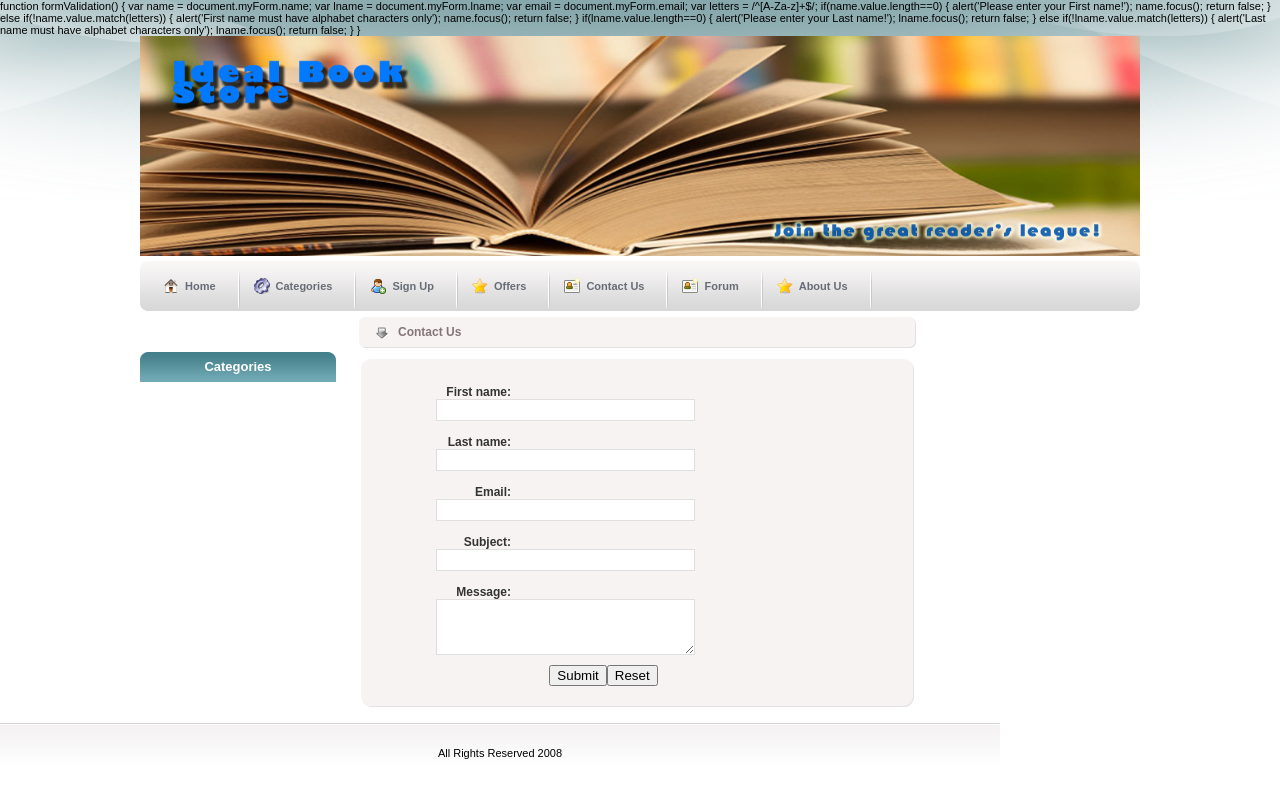
Repository: tusharjain887/Online-Book-Sales
Page: http://localhost/OnlineBook/contact.jsp
An editor plug-in stored every save of this project. The page is shown before and after the next save, followed by the edit.
The browser window is 1280 px wide. The pictures show the whole page.
The page is served by Tomcat 9. Queries for data that is not in the repository find no rows.

Above is the page before, as saved 2013-04-09 14:15:23.

### PROJECT/workspace/workspace/OnlineBook/WebContent/contact.jsp
<%@ page import="java.sql.*"%>
<%@ page import="java.io.*"%>
<%@ page import="java.util.*"%>
<%@ page import="java.lang.*"%>
<!DOCTYPE html PUBLIC "-//W3C//DTD XHTML 1.0 Transitional//EN" "http://www.w3.org/TR/xhtml1/DTD/xhtml1-transitional.dtd">
<html xmlns="http://www.w3.org/1999/xhtml">
<head>
<title>Contact Us</title>
<meta http-equiv="Content-Type" content="text/html; charset=windows-1252" />
<link rel="stylesheet" type="text/css" href="style.css" />
<!--[if IE 6]>
<link rel="stylesheet" type="text/css" href="iecss.css" />
<![endif]-->
<script type="text/javascript" src="js/boxOver.js"></script>


function formValidation()
{
var name = document.myForm.name;
var lname = document.myForm.lname;
var email = document.myForm.email;

var letters = /^[A-Za-z]+$/;

if(name.value.length==0)
{
	alert('Please enter your First name!');
	name.focus();
	return false;
}
else if(!name.value.match(letters))
{
	alert('First name must have alphabet characters only');
	name.focus();
	return false;
}

if(lname.value.length==0)
{
	alert('Please enter your Last name!');
	lname.focus();
	return false;
}
else if(!lname.value.match(letters))
{
	alert('Last name must have alphabet characters only');
	lname.focus();
	return false;
}


}
</script>

</head>
<body>
<div id="main_container">

  <div id="header">
  <div class="logout">
 <%  Object c=session.getAttribute("username");
if(c!=null)
	{
	out.print("Welcome  " +session.getAttribute("username").toString());
	%>
	&nbsp<a href='myprofile.jsp'>Profile</a>
	&nbsp<a href='logout.jsp'>Logout</a>
	<%
	}
	%>
	</div>

  </div>

  <div id="main_content">
    <div id="menu_tab">
      <div class="left_menu_corner"></div>
      <ul class="menu">
        <li><a href="index.jsp" class="nav1"> Home</a></li>
        <li class="divider"></li>
        <li><a href="categories.jsp" class="nav2">Categories</a></li>
        <li class="divider"></li>
        <%
        if(c==null)
        {
        %><li><a href="registration.jsp" class="nav4">Sign Up</a></li>
        <li class="divider"></li>
        <%
        }
        %>
        <li><a href="news.jsp" class="nav3">Offers</a></li>
        <li class="divider"></li>
        <li><a href="contact.jsp" class="nav6">Contact Us</a></li>
        <li class="divider"></li>
        <li><a href="forum.jsp" class="nav6">Forum</a></li>
        <li class="divider"></li>
        <li><a href="aboutus.jsp" class="nav3">About Us</a></li>
        <li class="divider"></li>

      </ul>
      <div class="right_menu_corner"></div>
    </div>

    <div class="left_content">
     <br><br><br>
      <div class="title_box">Categories</div>
      <ul class="left_menu">
      <%
      try{
    	  Class.forName("com.ibm.db2.jcc.DB2Driver").newInstance();
	Connection Conn8=DriverManager.getConnection("jdbc:db2://localhost:50000/BOOKS","Rakesh","Rakesh");
	PreparedStatement ps8=Conn8.prepareStatement("SELECT CAT_ID,CAT_NAME FROM CATEGORY");
	ResultSet rs8=ps8.executeQuery();
	while(rs8.next())
    {
		String name=rs8.getString(2);
 	%>
        <li class="even"><%out.println("<a href='viewcategory.jsp?cat_id="+rs8.getString(1)+"'>"+name+"</a>");%></li>
        <%
        }
        %>
      </ul>
      <%
      PreparedStatement ps9=Conn8.prepareStatement("SELECT IMAGEURL FROM ADVERTISEMENT ORDER BY AD_ID DESC LIMIT 0,3");
	ResultSet rs9=ps9.executeQuery();
	while(rs9.next())
    {
		%>
      <div class="banner_adds"><br><br><br> <%out.println("<img src='C:/Uploaded Images/"+rs9.getString(1)+"'></img>");%> </div>
      <%
      }
	ps8.close();
	ps9.close();
	Conn8.close();
      }
      catch(Exception ex){
  	    out.println(ex);
  	}
      %>
    </div>
      </div>


    <!-- end of left content -->
    <div class="center_content">
      <div class="center_title_bar">Contact Us</div>
      <div class="prod_box_big">
        <div class="top_prod_box_big"></div>
        <div class="center_prod_box_big">
          <div class="contact_form">
          <form name="myForm" action="contactus.jsp" method="post">
            <div class="form_row">
              <label class="contact"><strong>First name:</strong></label>
              <input type="text" name="name" class="contact_input" />
            </div>
            <div class="form_row">
              <label class="contact"><strong>Last name:</strong></label>
              <input type="text" name="lname" class="contact_input" />
            </div>
            <div class="form_row">
              <label class="contact"><strong>Email:</strong></label>
              <input type="text" name="email" class="contact_input" />
            </div>
            <div class="form_row">
              <label class="contact"><strong>Subject:</strong></label>
              <input type="text" name="subject" class="contact_input" />
            </div>
            <div class="form_row">
              <label class="contact"><strong>Message:</strong></label>
              <textarea name="message" class="contact_textarea" ></textarea>
            </div>
            <div class="form_row"> <input type="submit" value="Submit"><input type="reset" value="Reset" /></div>
            </form>
          </div>
        </div>
        <div class="bottom_prod_box_big"></div>
      </div>
    </div>
    <!-- end of center content -->
    <div class="right_content">
     <br><br>
     <%
    if(c!=null)
    {
    	%>
    	<div class="shopping_cart">
        <div class="cart_title">Shopping cart</div>
        <%
        try{
        	Class.forName("com.ibm.db2.jcc.DB2Driver").newInstance();
            Connection Conn1=DriverManager.getConnection("jdbc:db2://localhost:50000/BOOKS","Rakesh","Rakesh");
            Connection Conn2=DriverManager.getConnection("jdbc:db2://localhost:50000/BOOKS","Rakesh","Rakesh");
        PreparedStatement ps1=Conn1.prepareStatement("SELECT sum(s.quantity)FROM TEMP s");
        PreparedStatement ps2=Conn2.prepareStatement("SELECT sum(s.quantity * s.cost)FROM TEMP s");
        ResultSet rs1=ps1.executeQuery();
        ResultSet rs2=ps2.executeQuery();
        while(rs1.next())
        {
        	String value=rs1.getString(1);
        	if(value==null)
        	{value="0";}
    		%>
        <div class="cart_details"><%out.println(value);%> items <br />
      <%
    }
        while(rs2.next())
        {
    		String value=rs2.getString(1);
        	if(value==null)
        	{value="0";}
    		%>
          <span class="border_cart"></span> Total: <span class="price"><%out.println(value);%></span> </div>
      <%
    }
	ps1.close();
	Conn1.close();
	ps2.close();
	Conn2.close();
	}
	catch(Exception ex){
	    out.println(ex);
	}

      %>



        <div class="cart_icon"><a href="view_cart.jsp" title="header=[Checkout] body=[&nbsp;] fade=[on]"><img src="images/shoppingcart.png" alt="" width="48" height="48" border="0" /></a></div>
        </div>
     <%
     }
     %>
     <br><br>
     <center>

        <%
        Connection Conn10=DriverManager.getConnection("jdbc:db2://localhost:50000/BOOKS","Rakesh","Rakesh");
      PreparedStatement ps10=Conn10.prepareStatement("SELECT IMAGEURL FROM ADVERTISEMENT ORDER BY AD_ID DESC LIMIT 3,6");
	ResultSet rs10=ps10.executeQuery();
	while(rs10.next())
    {
		%>
      <div class="banner_adds"><br><br><br> <%out.println("<img src='C:/Uploaded Images/"+rs10.getString(1)+"'></img>");%> </div>
      <%
      }
	ps10.close();
	Conn10.close();
      %>
    </div>
    <!-- end of right content -->
  </div>
  <!-- end of main content -->
  <div class="footer">
    <br><br>
    <center> All Rights Reserved 2008</center>
      </div>

<!-- end of main_container -->
</body>
</html>

### PROJECT/workspace/workspace/OnlineBook/WebContent/style.css
body
{
background:url(images/bg.jpg) no-repeat #fff center top;
padding:0;
font-family:Arial, Helvetica, sans-serif;
font-size:11px;
margin:0px auto auto auto;
color:#000;
}
p{
padding:2px;
margin:0px;
}
#main_container{
width:1000px;
height:auto;
margin:auto;
padding:0px;
}
.top_bar{
width:1000px;
height:38px;
background-color:#4a4a4a;
}
.top_search{
width:370px;
height:32px;
margin:0px 20px 0 0;
_margin:0px 10px 0 0;
float:right;
background:url(images/top_search_bg.gif) no-repeat center;
}
input.search_input{
width:182px;
height:18px;
float:left;
margin:5px 0 0 0 ;
border:1px solid #dbdbdb;
border-bottom-color:#ffffff;
border-right-color:#ffffff;
}
.search_text{
float:left;
width:110px;
padding:8px 0 0 15px;
color:#999999;
}
.search_text a{
text-decoration:none;
color:#999999;
}
.search_bt{
float:left;
padding:2px 0 0 15px;
}
.languages{
float:right;
width:150px;
padding:8px 0 0 0;
}
.lang_text{
float:left;
padding:0 5px 0 0;
color:#b3adad;
}
a.lang{
display:block;
float:left;
padding:0 5px 0 5px;
}
#header{
width:1000px;
height:220px;
background:url(images/book4.jpg) no-repeat center;
background-position:0px 0px;
background-size:1000px 220px;
margin=0;
}
.logout{
	float:right;
	font-size:14px;
	color: green;
	font-weight: bold;
}
.logout a,.logout a:hover {
	color: B13052;
}

}
#logo{
padding:15px;
}
#templatemo_header {
	clear: both;
	width: 1000px;
	height: 200px;
	padding: 0;
	margin: 0;
	background: url(images/templatemo_header_bg.jpg) no-repeat;
}

#templatemo_header a,a:hover {
	color: #000;
}

#templatemo_header #templatemo_special_offers {
	float: left;
	font-size: 14px;
	margin-top: 95px;
	margin-left: 490px;
	width: 180px;
}

#templatemo_special_offers a {
	font-size: 12px;
}

#templatemo_special_offers  p {
	margin: 0 0 20px 0;
}
#templatemo_special_offers p span {
	font-size: 18px;
}

#templatemo_header #templatemo_new_books {
	float: left;
	margin-top: 90px;
	margin-left: 55px;
	width: 180px;
}

#templatemo_new_books ul {
	 margin: 0 0 10px 0;
	 padding: 0 0 0 20px;
}

#templatemo_new_books li {
	 margin: 0;
	 padding: 0;
}

/*------------------------------oferte_content-----------------------*/
.oferte_content{
width:600px;
height:264px;
float:left;
padding:0 0 0 50px;
}
.top_divider{
float:left;
width:1px;
height:164px;
}
.oferta{
width:538px;
float:left;
padding:15px 30px 0 30px;
}
.oferta_img{
float:left;
padding:0 0 10px 0;
}
.oferta_title{
font-size:15px;
color:#b72c24;
font-weight:bold;
}
.oferta_details{
width:400px;
float:left;
padding:0 0 0 30px;
}
.oferta_text{
padding:5px 0 5px 0;
font-size:12px;
color:#FFFFFF;
text-align:justify;
line-height:15px;
}
a.details{
width:83px;
height:21px;
display:block;
float:right;
margin:5px 0 0 0;
padding-left:5px;
background:url(images/details_bt_bg.gif) no-repeat center;
text-align:center;
line-height:21px;
text-decoration:none;
color:#000000;
}
/*---------------------oferta_pagination-----------------------------*/

div.oferta_pagination {
clear:both;
padding:10px 0 0 0;
_padding:0px 0 0 0;
margin:5px;
text-align:center;
float:left;
font-size:10px;
}

div.oferta_pagination a {
width:22px;
height:22px;
display:block;
float:left;
margin:0 0 0 5px;
_margin:0 0 0 3px;
line-height:23px;
text-align:center;
background:url(images/pag_bg.gif) no-repeat center;
text-decoration:none;
color:#9d8b8b;
}
div.oferta_pagination a:hover, div.pagination a:active {
width:22px;
height:22px;
display:block;
float:left;
line-height:23px;
text-align:center;
background:url(images/pag_bg_a.gif) no-repeat center;
text-decoration:none;
color:#ad1614;
}
div.oferta_pagination span.current {
width:22px;
height:22px;
display:block;
float:left;
line-height:23px;
text-align:center;
background:url(images/pag_bg_a.gif) no-repeat center;
text-decoration:none;
color:#ad1614;
}
#main_content{
clear:both;
}
/*---------------- menu tab----------------------*/
#menu_tab{
width:1000px;
height:50px;
background-color:#fff;
margin-top:5px;
}
.left_menu_corner{
width:9px;
height:50px;
float:left;
background:url(images/menu_left.gif) no-repeat center;
}
.right_menu_corner{
width:9px;
height:50px;
float:left;
background:url(images/menu_right.gif) no-repeat center;
}
ul.menu {
list-style-type:none; float:left; display:block; width:982px;
margin:0px; padding:0px;background:url(images/menu_bg.gif) repeat-x;}

ul.menu li {
display:inline;
font-size:11px;
font-weight:bold;
line-height:50px;
}
ul.menu li.divider {
display:inline;
width:2px;
height:50px;
float:left;
background:url(images/menu_divider.gif) no-repeat center;
}

a.nav1:link, a.nav1:visited {
display:block; float:left; padding:0px 8px 0px 22px; margin:0 14px 0 14px;height:50px;text-decoration:none; background:url(images/home.png) no-repeat left; color:#676d77;}
a.nav2:link, a.nav2:visited {
display:block; float:left; padding:0px 8px 0px 22px; margin:0 14px 0 14px;height:50px;text-decoration:none; background:url(images/services.png) no-repeat left; color:#676d77;}
a.nav3:link, a.nav3:visited {
display:block; float:left; padding:0px 8px 0px 22px; margin:0 14px 0 14px;height:50px;text-decoration:none; background:url(images/favs.png) no-repeat left; color:#676d77;}
a.nav4:link, a.nav4:visited {
display:block; float:left; padding:0px 8px 0px 22px; margin:0 14px 0 14px;height:50px;text-decoration:none; background:url(images/user_add.png) no-repeat left; color:#676d77;}
a.nav5:link, a.nav5:visited {
display:block; float:left; padding:0px 8px 0px 22px; margin:0 14px 0 14px;height:50px;text-decoration:none; background:url(images/car.png) no-repeat left; color:#676d77;}
a.nav6:link, a.nav6:visited {
display:block; float:left; padding:0px 8px 0px 22px; margin:0 14px 0 14px;height:50px;text-decoration:none; background:url(images/contact-new.png) no-repeat left; color:#676d77;}

a.nav1:hover, a.nav2:hover, a.nav3:hover, a.nav4:hover, a.nav5:hover, a.nav6:hover {
color:#333333;}


li.currencies{
width:180px;
float:left;
padding:0 0 0 15px;
_padding:12px 0 0 15px;
color:#676d77;
font-size:11px;
font-weight:bold;
}
/*----------------crumb_navigation-------------*/
.crumb_navigation{
width:980px;
height:15px;
padding:5px 10px 0 20px;
color:#333333;
background:url(images/navbullet.png) no-repeat left;
background-position:5px 6px;
}
.crumb_navigation a{
color:#0fa0dd;
text-decoration:underline;
}
span.current{
color:#0fa0dd;
}

/*-------------left_content------------------*/
.left_content{
width:196px;
float:left;
}
.title_box{
width:196px;
height:30px;
margin:5px 0 0 0;
background:url(images/menu_title_bg.gif) no-repeat center;
text-align:center;
font-size:13px;
font-weight:bold;
color:#fff;
line-height:30px;
}
/*--------left menu---------*/
ul.left_menu{
width:196px;
padding:0px;
margin:0px;
list-style:none;
}
ul.left_menu li{
margin:0px;
list-style:none;
}
ul.left_menu li.odd a{
width:166px;height:25px;display:block;background:url(images/checked.png) no-repeat left #dad0d0; background-position:5px 5px;border-bottom:1px #FFFFFF solid;
text-decoration:none;color:#504b4b;padding:0 0 0 30px; line-height:25px;
}
ul.left_menu li.even a{
width:166px;height:25px;display:block;background:url(images/checked.png) no-repeat left #eee6e6;background-position:5px 5px;border-bottom:1px #FFFFFF solid;
text-decoration:none;color:#504b4b;padding:0 0 0 30px; line-height:25px;
}
ul.left_menu li.even a:hover, ul.left_menu li.odd a:hover{
background:url(images/checked.png) no-repeat left #7bbcc7; color:#FFFFFF;background-position:5px 5px;
}

.border_box{
width:194px;
height:auto;
text-align:center;
border:1px #6da6b1 solid;
}
.product_title{
color:#ea2222;
padding:5px 0 5px 0;
font-weight:bold;
}
.product_title a{
text-decoration:none;
color:#ea2222;
padding:5px 0 5px 0;
font-weight:bold;
}
.product_title a:hover{
color:#064E5A;
}
.product_img{
padding:5px 0 5px 0;
}
.prod_price{
padding:5px 0 5px 0;
}
span.reduce{
color:#ea2222;
text-decoration:line-through;
}
span.price{
color:#ea2222;
}
/*----------newsletter--------------*/
input.newsletter_input{
width:160px;
height:16px;
border:1px #ddd9d9 solid;
margin:10px 0 5px 0;
font-size:12px;
padding:3px;
color:#999999;
}
a.join{
width:17px;
display:block;
margin:5px 0 5px 140px;
_margin:5px 0 5px 130px;
background:url(images/blue-add.png) no-repeat left;
padding:0 0 0 20px;
text-decoration:none;
color:#1c4a52;
}
.banner_adds{
width:194px;
text-align:center;
padding:10px 0 10px 0;
}

/*center content--------------------------*/
.center_content{
width:585px;
float:left;
padding:5px 10px;
}
.center_title_bar{
width:520px;
height:33px;
float:left;
padding:0 0 0 40px;
margin:0 0 0 12px;
_margin:0 0 0 6px;
line-height:33px;
font-size:12px;
color:#847676;
font-weight:bold;
background:url(images/bar_bg.gif) no-repeat center;
}

/*----------------------right content--------------*/
.right_content{
width:196px;
float:left;
padding:5px 0 0 0;
}
.shopping_cart{
width:195px;
height:84px;
text-align:center;
background:url(images/cart_bg.gif) no-repeat center;
}
.cart_title{
font-size:12px;
font-size:12px;
color:#847676;
font-weight:bold;
padding:8px 0 0 0;
}
.cart_details{
width:115px;
float:left;
padding:5px 0 0 15px;
text-align:left;
}
.cart_icon{
float:left;
padding:5px 0 0 5px;
}
span.border_cart{
width:100px;
height:1px;
margin:3px 0 3px 0;
display:block;
border-top:1px #999999 dashed;
}
/*---------prod_box----------*/
.prod_box{
width:173px;
height:auto;
float:left;
padding:10px 10px 10px 11px;
}
.top_prod_box{
width:173px;height:12px;background:url(images/product_box_top.gif) no-repeat center bottom;float:left; padding:0px; margin:0px;
}
.bottom_prod_box{
width:173px;height:10px;background:url(images/product_box_bottom.gif) no-repeat center top;float:left;padding:0px; margin:0px;
}
.center_prod_box{
width:173px;height: auto;background:url(images/product_box_center.gif) repeat-y;float:left; text-align:center;padding:0px; margin:0px;
}
.prod_details_tab{
width:173px;
height:31px;
float:left;
background:url(images/products_details_bg.gif) no-repeat center;
margin:3px 0 0 0;
}
img.left_bt{
float:left;
padding:6px 0 0 6px;
}
a.prod_details{
width:25px;
display:block;
float:left;
background:url(images/square-blue-add.gif) no-repeat left;
padding:0 0 0 20px;
margin:7px 0 0 38px;
_margin:6px 0 0 35px;
text-decoration:none;
color:#0fa0dd;
}
/*---------prod_box_big----------*/
.prod_box_big{
width:554px;
height:auto;
float:left;
padding:10px 10px 10px 15px;
}
.top_prod_box_big{
width:554px;height:12px;background:url(images/details_box_top.gif) no-repeat center bottom;float:left; padding:0px; margin:0px;
}
.bottom_prod_box_big{
width:554px;height:12px;background:url(images/details_box_bottom.gif) no-repeat center top;float:left;padding:0px; margin:0px;
}
.center_prod_box_big{
width:554px;height: auto;background:url(images/details_box_center.gif) repeat-y;float:left; text-align:center;padding:0px; margin:0px;
}
.product_img_big{
width:170px;
padding:5px 0 5px 10px;
float:left;
}
.details_big_box{
width:345px;
float:left;
padding:0 0 0 15px;
text-align:left;
}
.product_title_big{
color:#ea2222;
padding:5px 0 5px 0;
font-weight:bold;
font-size:14px;
}
.specifications{
font-size:12px;
font-weight:bold;
line-height:18px;
}
.thumbs{
padding:8px 5px 8px 5px;
border:1px #DFD1D1 solid;
margin:3px 0 0 0;
}
.thumbs a{
padding:3px;
}
.prod_price_big{
padding:5px 0 5px 0;
font-size:16px;
}
span.reduce{
color:#ea2222;

}
span.price{
color:#ea2222;
}
a.addtocart{
width:76px;
height:27px;
display:block;
float:left;
background:url(images/addtocart.gif) no-repeat left;
padding:0 0 0 33px;
text-decoration:none;
line-height:27px;
color:#1c4a52;
}
a.compare{
width:76px;
height:27px;
display:block;
float:left;
margin:0 0 0 10px;
background:url(images/compare.gif) no-repeat left;
padding:0 0 0 33px;
text-decoration:none;
line-height:27px;
color:#1c4a52;
}
span.blue{
color:#5F9FAB;
}
/*---------------contact_form------------------*/
.contact_form{
width:355px;
float:left;
padding:0px 0 0 75px;
}
.form_row{
width:335px;
clear:both;
padding:10px 0 10px 0;
_padding:5px 0 5px 0;
color:#a53d17;
}
label.contact{
width:75px;
float:left;
font-size:12px;
text-align:right;
padding:4px 5px 0 0;
color: #333333;
}
input.contact_input{
width:253px;
height:18px;
background-color:#fff;
color:#999999;
border:1px #DFDFDF solid;
float:left;
}
textarea.contact_textarea{
width:253px;
height:50px;
font-family:Arial, Helvetica, sans-serif;
font-size:12px;
color: #999999;
background-color:#fff;
border:1px #DFDFDF solid;
float:left;
}
a.contact{
width:99px;
height:27px;
display:block;
float:right;
margin:0 0 0 10px;
background:url(images/contact_bt.gif) no-repeat left;
padding:0 0 0 10px;
text-decoration:none;
line-height:27px;
color:#1c4a52;
}
/*--------------footer----------------*/
.footer{
width:1000px;
clear:both;
height:65px;
background:url(images/footer_bg.gif) repeat-x top;
}
.left_footer{
float:left;
width:300px;
padding:5px 0 0 10px;
}
.right_footer{
float:right;
padding:15px 30px 0 0;
}
.right_footer a{
padding:0 0 0 7px;
text-decoration:none;
color: #666666;
}
.right_footer a:hover{
text-decoration:underline;
}

.center_footer{
float:left;
width:200px;
text-align:center;
color:#666666;
padding:10px 0 0 60px;
}

Loaded but not shown: PROJECT/workspace/workspace/OnlineBook/WebContent/js/boxOver.js (369 lines, source omitted)

After the next save:
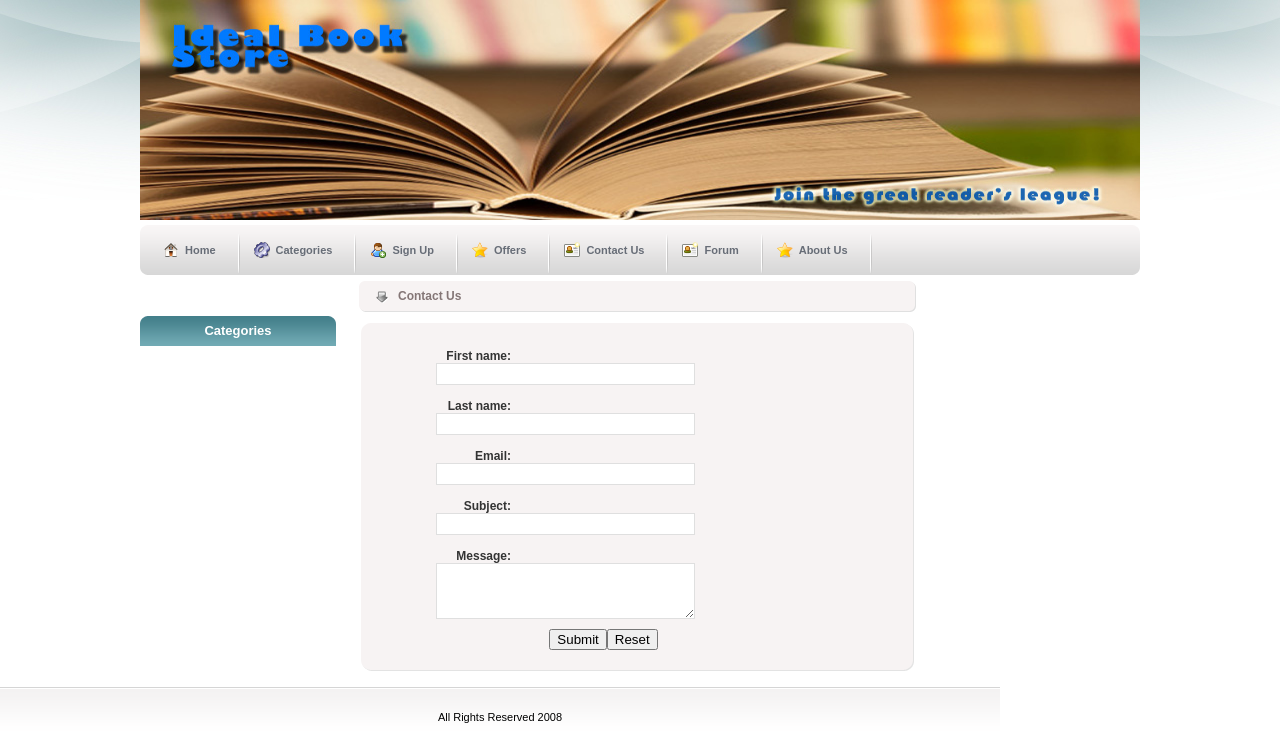
Saved 5 min 21 s later.
--- a/PROJECT/workspace/workspace/OnlineBook/WebContent/contact.jsp
+++ b/PROJECT/workspace/workspace/OnlineBook/WebContent/contact.jsp
@@ -13,12 +13,14 @@
 <![endif]-->
 <script type="text/javascript" src="js/boxOver.js"></script>
 
-
+<script type="text/javascript">
 function formValidation()
 {
 var name = document.myForm.name;
 var lname = document.myForm.lname;
 var email = document.myForm.email;
+var subject = document.myForm.subject;
+var message = document.myForm.message;
 
 var letters = /^[A-Za-z]+$/;
 
@@ -48,7 +50,36 @@ else if(!lname.value.match(letters))
 	return false;
 }
 
-
+var mailformat = /^\w+([\.-]?\w+)*@\w+([\.-]?\w+)*(\.\w{2,3})+$/;
+if(email.value.length==0)
+	{
+	alert("Please enter your email addres!");
+	email.focus();
+	return false;
+	}
+else if(!email.value.match(mailformat))
+    {
+	alert("You have entered an invalid email address!");
+	email.focus();
+	return false;
+}
+
+if(subject.value.length==0)
+{
+	alert("Please enter subject !");
+	email.focus();
+	return false;
+
+}
+if(message.value.length==0)
+{
+	alert("Please enter message !");
+	message.focus();
+	return false;
+
+}
+
+return true;
 }
 </script>
 
